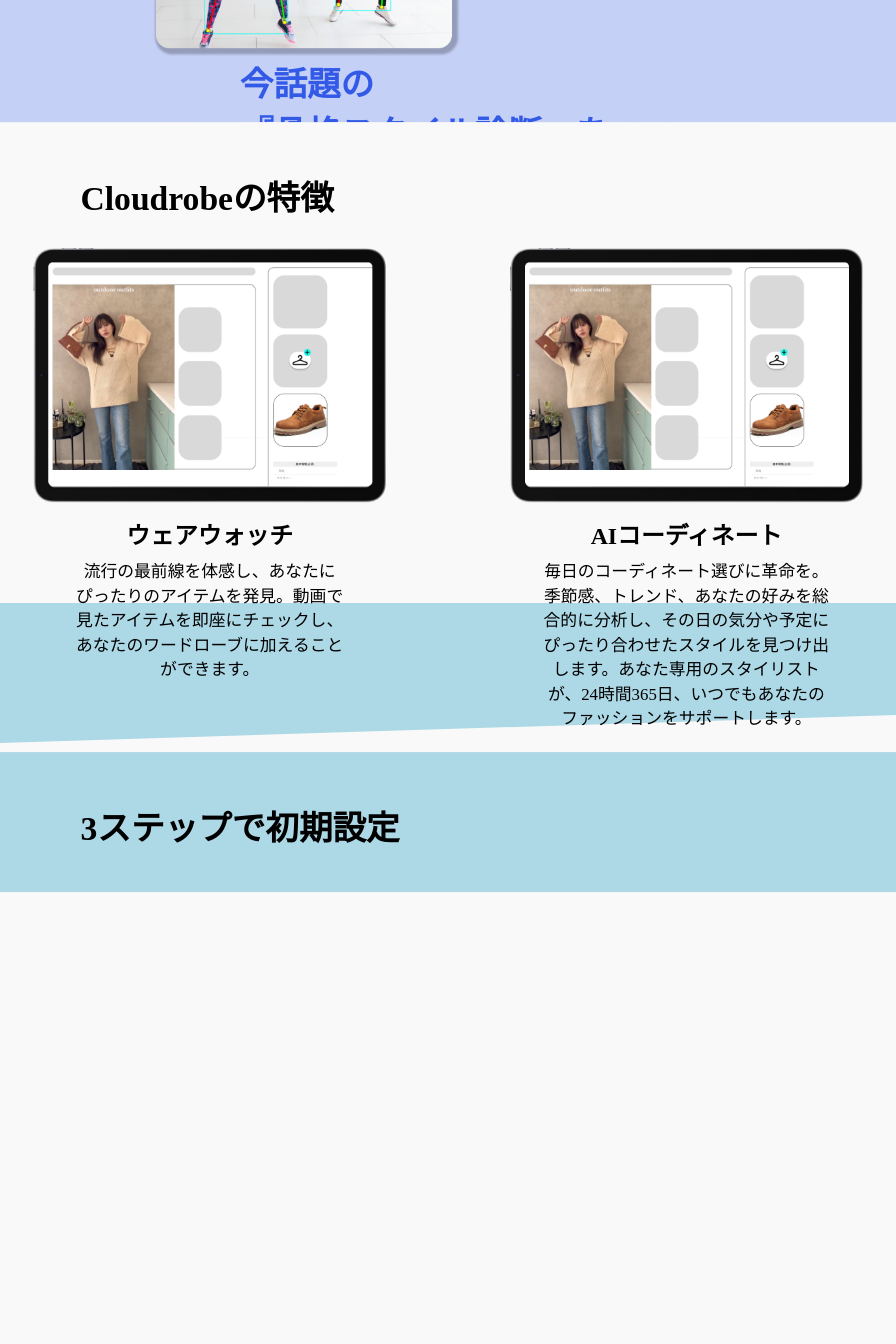
Repository: Yoshiki0418/yahoo.hack
Page: welcome.html
An editor plug-in stored every save of this project. The page is shown before and after the next save, followed by the edit.
The browser window is 1280 px wide. The pictures show the part of the page from y = 2149 to 4069 px (the page is 5407 px tall), at 70% of full size.

Above is the page before, as saved 2024-02-09 22:29:09.

### welcome.html
<!DOCTYPE html>
<html lang="ja">
<head>
    <meta charset="UTF-8">
    <meta name="viewport" content="width=device-width, initial-scale=1.0">
    <link rel="stylesheet" type="text/css" href="static/css/welcome.css">
    <title>Document</title>
</head>
<body>
    <hedaer>
        <nav>
            <div class="head_block">
                <li><a><img src="static/image/logo.png" class="logo_pic"></a></li>
                <div class="login-button">
                    <a href="/login">ログイン</a>
                </div>
             </div>
          </nav>
    </hedaer>
    <main>
        <!--スライドショー-->
        <div id="mainimg">
            <div class="slide" style="background-image: url('static/image/image 2.png');"></div>
            <div class="slide" style="background-image: url('static/image/slide_1.webp');"></div>
            <h1>Fashion <br>
                　　starts in the<br>
                　 Cloudrobe.</h1>
            <div class="sinup-button">
                <a href="/sinup">さっそくはじめる</a>
             </div>
        </div>
        <div class="fast_section">
            <p class="point_ja">つながりを紡ぎ、驚きを編む。<br>クリック一つで始まる物語</p>
            <p class="point_en">Weaving connections and weaving surprises.<br>
                A story that starts with a click</p>
            <div class="good_points">
            </div>
            <h2>全てのシチュエーションに完璧な一着</h2>
            <div class="situation_block">
                <div class="pair">
                    <img src="static/image/situation1.png" class="situation_pic">
                    <h4>デート</h4>
                </div>
                <div class="pair">
                    <img src="static/image/situation2.png" class="situation_pic">
                    <h4>ショッピング</h4>
                </div>
                <div class="pair">
                    <img src="static/image/situation3.png" class="situation_pic">
                    <h4>アウトドア</h4>
                </div>
            </div>
        </div>
        <div class="advertisement">
            <div class="block">
                <img src="static/image/adv.png" class="adv_pic">
                <div class="right_block">
                    <h2>  今話題の<br>
                        『骨格スタイル診断』を<br>
                          無料で体験！
                        </h2>
                        <button class="custom-button">あなたの商品をチェック</button>
                </div>
            </div>
        </div>
        <div class="info_section">
            <h2>Cloudrobeの特徴</h2>
            <div class="features">
                <div class="features_block1">
                    <img src="static/image/feature.png" class="feature_pic">
                    <h4>ウェアウォッチ</h4>
                    <p>流行の最前線を体感し、あなたに<br>
                        ぴったりのアイテムを発見。動画で<br>
                        見たアイテムを即座にチェックし、<br>
                        あなたのワードローブに加えること<br>ができます。</p>
                </div>
                <div class="features_block2">
                    <img src="static/image/feature.png" class="feature_pic">
                    <h4>AIコーディネート</h4>
                    <p>毎日のコーディネート選びに革命を。<br>
                        季節感、トレンド、あなたの好みを総<br>
                        合的に分析し、その日の気分や予定に<br>
                        ぴったり合わせたスタイルを見つけ出<br>
                        します。あなた専用のスタイリスト<br>
                        が、24時間365日、いつでもあなたの<br>
                        ファッションをサポートします。</p>
                </div>
            </div>
            <div class="shape">
                <h2>3ステップで初期設定</h2>
            </div>
            <svg width="100%" height="200px" viewBox="0 0 100 100" preserveAspectRatio="none">
                <polygon points="0,0 100,0 100,80 0,100" style="fill: #ADD8E6;" />
              </svg>
        </div>

    </main>
    <script src="script.js"></script>

</body>
</html>

### static/css/welcome.css
* {
    margin: 0;
    padding: 0;
    box-sizing: border-box;
}

/* ナビゲーションのスタイル設定 */
nav {
    width: 100%;
    background-color: #17191C;
    height: 62px;
    display: flex;
    z-index: 10; /* ナビゲーションのz-indexを設定 */
    position: relative; /* z-indexを効果的にするために必要 */
}

.logo_pic {
    margin-top: 5px;
    margin-left: 8px;
    height: 51px;
}

.head_block {
    width: 100%;
    display: flex;
    flex-wrap: wrap;
    position: relative;
}

.mainimg{
    width: 100vw;
    overflow: hidden; /* 横方向の内容がはみ出た場合に非表示にする */
    height: 100%;
}

/* ログインボタンのスタイル */
.login-button a {
    display: inline-block;
    background-color: #000; /* ボタンの背景色 */
    color: white;
    padding: 10px 20px;
    border: 2px solid #fff; /* ボタンの境界線 */
    border-radius: 20px; /* 角の丸み */
    text-decoration: none;
    font-weight: bold;
    z-index: 10; /* ボタンのz-indexを設定 */
}

.login-button a:hover {
    background-color: #555; /* ホバー時の背景色 */
}

.login-button {
    position: absolute;
    right: 10%;
    margin-top: 7px;
    z-index: 10; /* ボタンのz-indexを設定 */
}

#slideshow {
    position: relative;
    max-height: 790px; /* 最大高さを指定 */
    width: 100vw; /* 画面幅全体 */
    overflow-x: hidden; /* 横方向の内容がはみ出た場合に非表示にする */
    z-index: 1; /* スライドショーのz-indexを低く設定 */
}

.slide {
    position: absolute;
    width: 100%;
    height: 100%;
    background-size: cover;
    background-position: center;
    opacity: 0; /* 最初はすべてのスライドを非表示にする */
    transition: opacity 1s; /* 透明度の変化にトランジション効果を追加 */
    animation: zoomOut 10s infinite;
    margin-top: -62px;
}

#mainimg h1 {
    position: absolute;
    font-size: 70px;
    top: 75%;
    left: 15%;
    transform: translate(-50%, -50%);
    z-index: 2; /* スライド上のテキストを前面に表示 */
    color: white; /* テキストの色 */
    text-align: center; /* テキストを中央揃え */
    text-shadow: 2px 2px 4px rgba(4, 4, 4, 4);
}

@keyframes zoomOut {
    0%, 100% {
        transform: scale(1); /* 100%に保つ */
    }
    50% {
        transform: scale(1); /* 100%より大きくしない */
    }
}

.sinup-button a{
    display: inline-block;
    font-size: 20px;
    background-color: #00000000; /* ボタンの背景色 */
    color: white;
    padding: 10px 20px;
    border: 2px solid #fff; /* ボタンの境界線 */
    border-radius: 40px; /* 角の丸み */
    text-decoration: none;
    font-weight: bold;
    z-index: 10; /* ボタンのz-indexを設定 */
}

.sinup-button {
    position: absolute;
    right: 14%;
    top: 80%;
    z-index: 10; /* ボタンのz-indexを設定 */
}

.sinup-button a:hover {
    background-color: #ffffffa4; /* ホバー時の背景色 */
    color: #000;
}

.fast_section{
    width: 100%;
    height: 955px;
    background-color: #202131;
    display: flex;
    flex-wrap: wrap;
    position: relative;
    top: 770px; /* スライドショーとの間に隙間がないように微調整 */
    z-index: 2; /* スライドショーの上に表示 */
    padding-top: 5px; /* 必要に応じて調整 */
}

.point_ja{
    position: absolute;
    margin-top: 100px;
    color: #EEE6FF;
    right: 12%;
    z-index: 18;
    font-size: 32px;
}

.point_en{
    position: absolute;
    margin-top: 210px;
    color: #EEE6FF;
    right: 9%;
    z-index: 18;
    font-size: 15px;
}

.good_points{
    position: absolute;
    width: 94%;
    height: 640px;
    background-color: #E3E6F0;
    bottom: 0%;
    right: 0%;
    border-radius: 20px 0px 0px 0px; /* 角の丸み */
}

.fast_section h2{
    position: absolute;
    width: 700px;
    top: 400px;
    left: 50%;
    transform: translate(-50%, -50%);
    font-size: 40px;
}

.situation_block{
    display: flex;
    position: absolute;
    top: 655px;
    height: 330px;
    margin-right: 10%;
    left: 50%;
    transform: translate(-50%, -50%);
}

.situation_pic{
    width: 330px;
    height: 330px;
    margin-right: 45px;
    margin-left: 45px;
}

@media (max-width: 1070px) {
    .situation_pic {
        width: 200px; /* サイズを小さく調整 */
        height: 200px; /* サイズを小さく調整 */
        margin-right: 35px;
        margin-left: 35px;
    }
}

.pair {
    display: flex; /* フレックスコンテナとして設定 */
    flex-direction: column; /* 子要素を縦方向に並べる */
    align-items: center; /* 子要素を水平方向の中央に揃える */
    text-align: center; /* テキストを中央揃え */
}

.pair h4{
    margin-top: 20px;
    font-size: 26px;
}

.advertisement{
    position: relative;
    top: 770px;
    width: 100%;
    height: 537px;
    background-color: #C5D0F7;
}

.adv_pic{
    width: 440px;
    top: 140px;
    left: 17%;
}



.advertisement h2{
    font-size: 48px;
    top: 140px;
    color: #335AE7;
}

.block{
    position: absolute;
    display: flex;
    flex-wrap: wrap;
    height: 310px;
    left: 17%;
    top: 136px;
}

.custom-button {
    background-color: #335AE7; /* ボタンの背景色 */
    color: white; /* テキスト色 */
    padding: 10px 20px; /* パディング */
    border: none; /* 境界線なし */
    border-radius: 40px; /* 角の丸み */
    font-size: 24px; /* フォントサイズ */
    font-weight: bold; /* フォントの太さ */
    text-decoration: none; /* テキストの下線を消す */
    cursor: pointer; /* カーソルをポインターに */
    box-shadow: 0 4px 8px rgba(0, 0, 0, 0.2); /* 影を付ける */
    transition: background-color 0.3s, box-shadow 0.3s; /* 色と影のトランジションを設定 */
    width: 330px;
    height: 66px;
    margin-top: 50px;
}

.custom-button:hover {
    background-color: #5A7BD8; /* ホバー時の背景色 */
    box-shadow: 0 6px 12px rgba(0, 0, 0, 0.3); /* ホバー時の影を大きくする */
}

.custom-button:focus {
    outline: none; /* ボタンがフォーカスされたときのアウトラインを消す */
}

.right_block{
    margin-left: 125px;
}

.info_section{
    width: 100%;
    height: 3084px;
    top: 769px;
    position: relative;
    background-color: #F9F9F9;
}

.info_section h2{
    position: absolute;
    font-size: 48px;
    top: 70px;
    left: 115px;
}

.features_block1 {
    display: flex; /* Flexboxを有効化 */
    flex-direction: column; /* 子要素を縦方向に並べる */
    align-items: center; /* 子要素を水平方向の中央に揃える */
    text-align: center; /* テキストを中央揃え */
    margin-right: 178px;
}

.features{
    position: relative;
    top: 180px;
    display: flex;
    display: flex; /* Flexboxを有効化 */
    justify-content: center; /* 水平方向の中央に揃える */
    flex-wrap: wrap; /* コンテンツが多い場合は折り返し */
    text-align: center; /* テキストを中央揃え */
}

.feature_pic {
    /* 画像のスタイル設定があればここに追加 */
    /* 例: width: 100%; max-width: 560px; など */
}

.features_block1 h4 {
    /* h4のスタイル設定があればここに追加 */
    margin-top: 20px; /* 画像との間隔を設定 */
    font-size: 34px;
}

.features_block1 p {
    max-width: 560px; /* 最大横幅を560pxに設定 */
    margin-top: 10px; /* h4タグとの間隔を設定 */
    font-size: 24px;
}

.features_block2 {
    display: flex; /* Flexboxを有効化 */
    flex-direction: column; /* 子要素を縦方向に並べる */
    align-items: center; /* 子要素を水平方向の中央に揃える */
    text-align: center; /* テキストを中央揃え */
}

.features_block2 h4 {
    /* h4のスタイル設定があればここに追加 */
    margin-top: 20px; /* 画像との間隔を設定 */
    font-size: 34px;
}

.features_block2 p {
    max-width: 560px; /* 最大横幅を560pxに設定 */
    margin-top: 10px; /* h4タグとの間隔を設定 */
    font-size: 24px;
}


.shape {
    position: absolute;
    top: 900px;
    width: 100%;
    height: 200px; /* 必要な高さ */
    background-color: #ADD8E6; /* 背景色 */
    clip-path: polygon(0 100%, 100% 100%, 100% 25%, 0 0);
  }

  .shape {
    height: 200px; /* 必要な高さ */
    background-color: #ADD8E6; /* 背景色 */
    clip-path: url(#clipShape); /* SVGのクリップパスを参照 */
  }





































@media (max-width: 1240px) {
    .situation_pic {
        width: 250px; /* サイズを小さく調整 */
        height: 250px; /* サイズを小さく調整 */
        margin-right: 40px;
        margin-left: 40px;
    }

    .advertisement h2 {
        font-size: 38px;
        top: 140px;
        color: #335AE7;
    }

    .custom-button {
        /* 必要に応じてサイズ調整 */
        width: 300px;
        height: 60px;
        font-size: 20px; /* フォントサイズ */
    }

    .block {
        /* フレックスコンテナのスタイリング */
        position: absolute;
        display: flex;
        flex-wrap: wrap;
        height: 310px;
        left: 12%;
        top: 136px;
    }

    .right_block {
        margin-left: 80px;
    }
}

### script.js
let slides = document.querySelectorAll('.slide');
let currentSlide = 0;

function changeSlide() {
  // すべてのスライドを非表示にする
  for (let slide of slides) {
    slide.style.opacity = 0;
  }

  // 現在のスライドを表示する
  slides[currentSlide].style.opacity = 1;

  // 次のスライドに移動、もし最後なら最初に戻る
  currentSlide = (currentSlide + 1) % slides.length;
}

// 最初のスライドを表示
changeSlide();

// 5秒ごとにスライドを切り替える
setInterval(changeSlide, 5000);

After the next save:
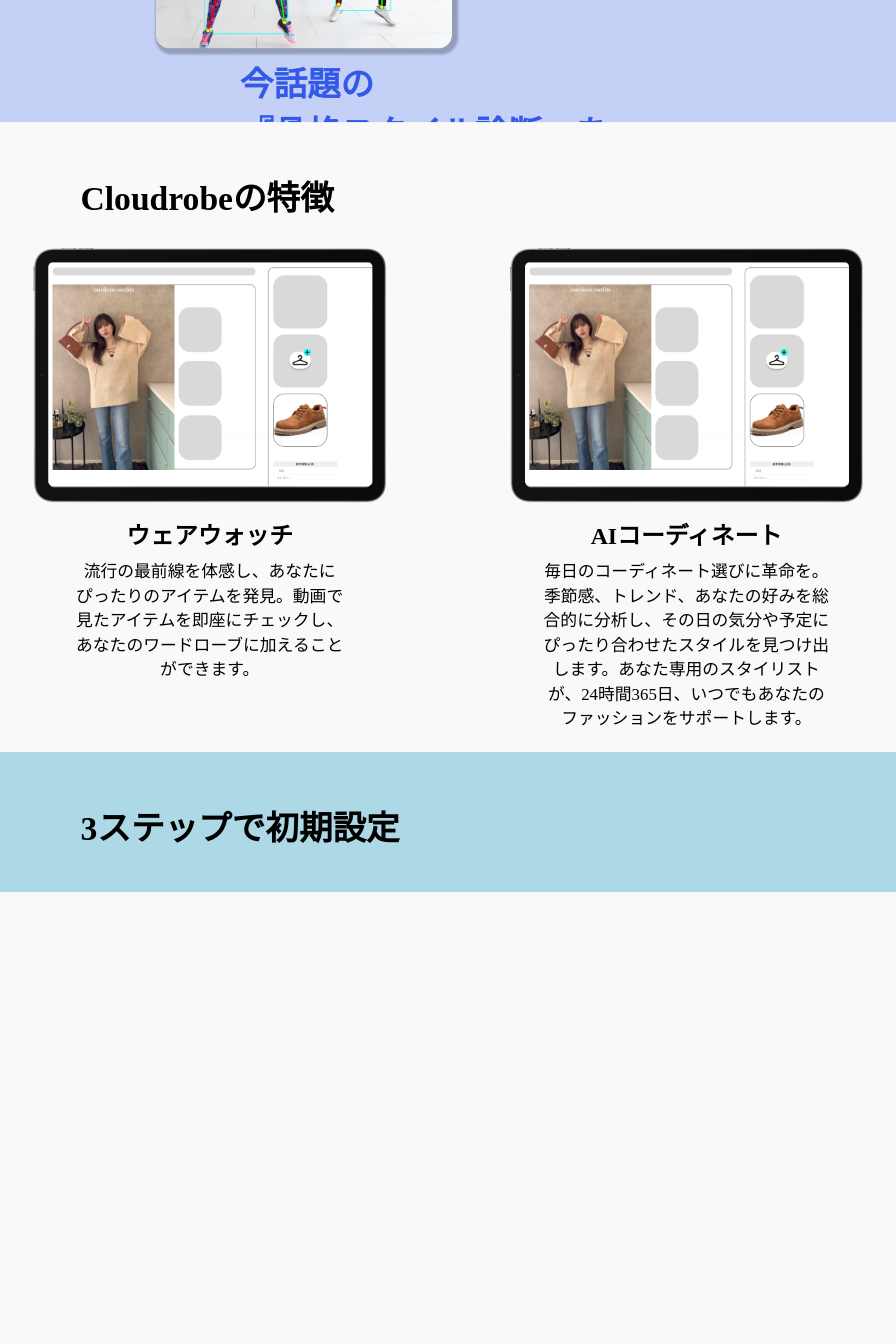
Saved 12 s later.
--- a/welcome.html
+++ b/welcome.html
@@ -89,9 +89,7 @@
             <div class="shape">
                 <h2>3ステップで初期設定</h2>
             </div>
-            <svg width="100%" height="200px" viewBox="0 0 100 100" preserveAspectRatio="none">
-                <polygon points="0,0 100,0 100,80 0,100" style="fill: #ADD8E6;" />
-              </svg>
+
         </div>
 
     </main>
